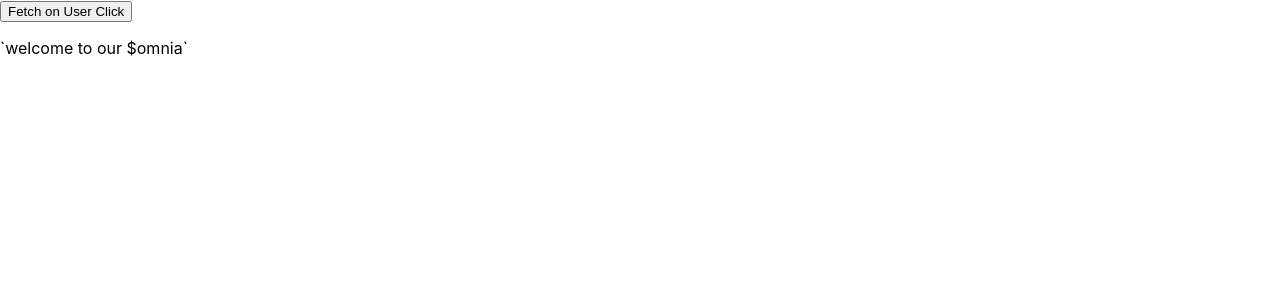
Repository: OmniaRafat232111121/Reacttypescriptcourse
Page: /, after clicking the first element matching `button`
The author's editor kept a copy of each file at every save. The page is drawn from the files as they stood at one save, then again after a run of saves.
The browser window is 1280 px wide. The pictures show the whole page.
The project was rebuilt for these pictures with package versions that can differ from the ones it lists, and the page was loaded fresh each time.

Above is the page before, as saved 2022-09-13 19:03:00.

After the next 3 saves:
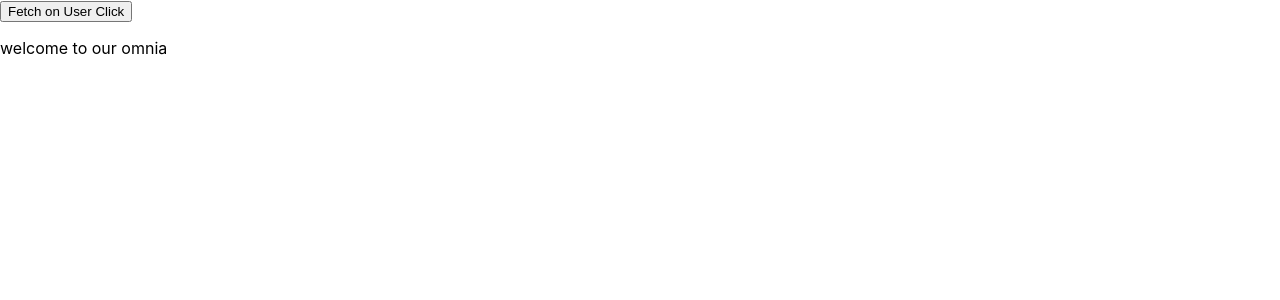
The 3 saves are shown as one change because they came seconds apart.
The last was saved 29 s later.
--- a/src/App.tsx
+++ b/src/App.tsx
@@ -19,7 +19,7 @@ const [user,setUser]=useState<User|null>(null);
 return(
     <>
     <button onClick={fetchUser}>Fetch on User Click</button>
-    {user&&<p>`welcome to our ${user.name}`</p>}
+    {user&&<p>{`welcome to our ${user.name}`}</p>}
     </>
 
   );
